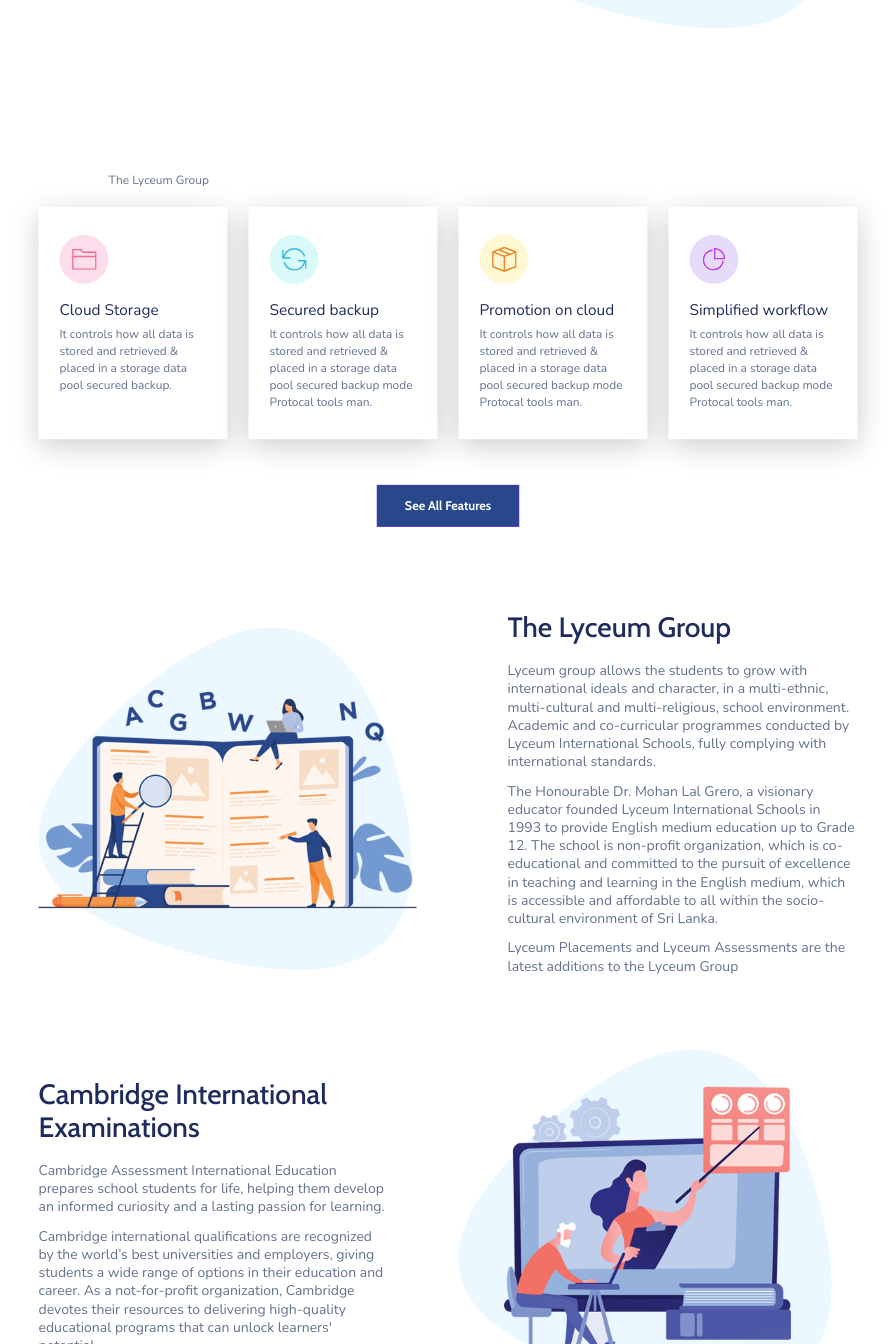
Repository: AXUSLK/LyceumAssessments-HTML
Page: index.html
These files come from the project's save history. The page is drawn as it stood at one moment and after the next save; the edit follows.
The browser window is 1280 px wide. The pictures show the part of the page from y = 1289 to 3209 px (the page is 5706 px tall before and 5730 px after), at 70% of full size.
Some web libraries are served in a nearby version.

Above is the page before, as saved 2022-02-01 10:00:10.

After the next save:
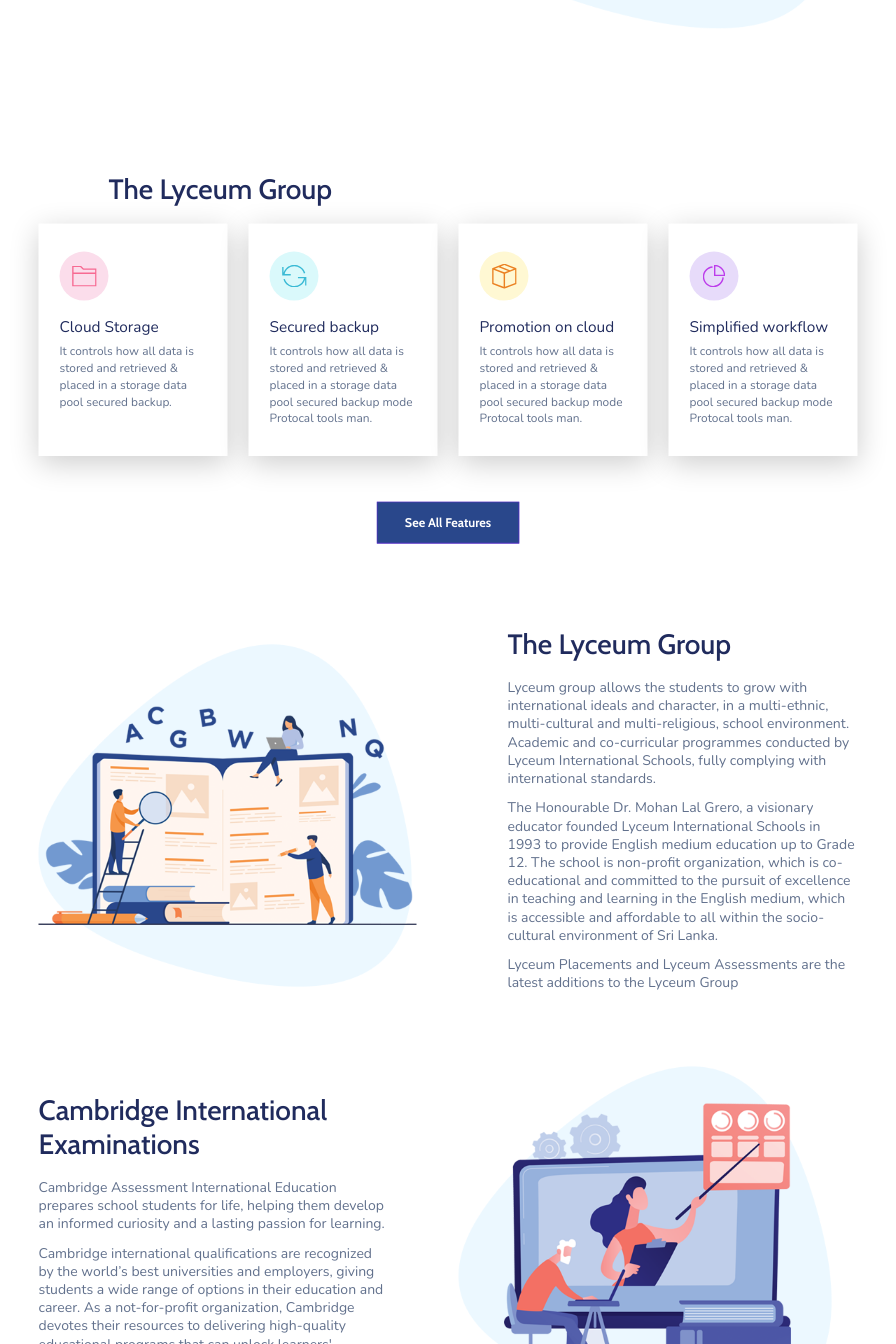
Saved 6 s later.
--- a/index.html
+++ b/index.html
@@ -227,7 +227,7 @@
 						<div class="row">
 							<div class="col-12 col-lg-10 offset-lg-1">
 								<!-- headingHead -->
-								<header <h3 class="mb-5">The Lyceum Group</h3>
+								<h3 class="mb-5">The Lyceum Group</h3>
 								</header>
 							</div>
 						</div>
